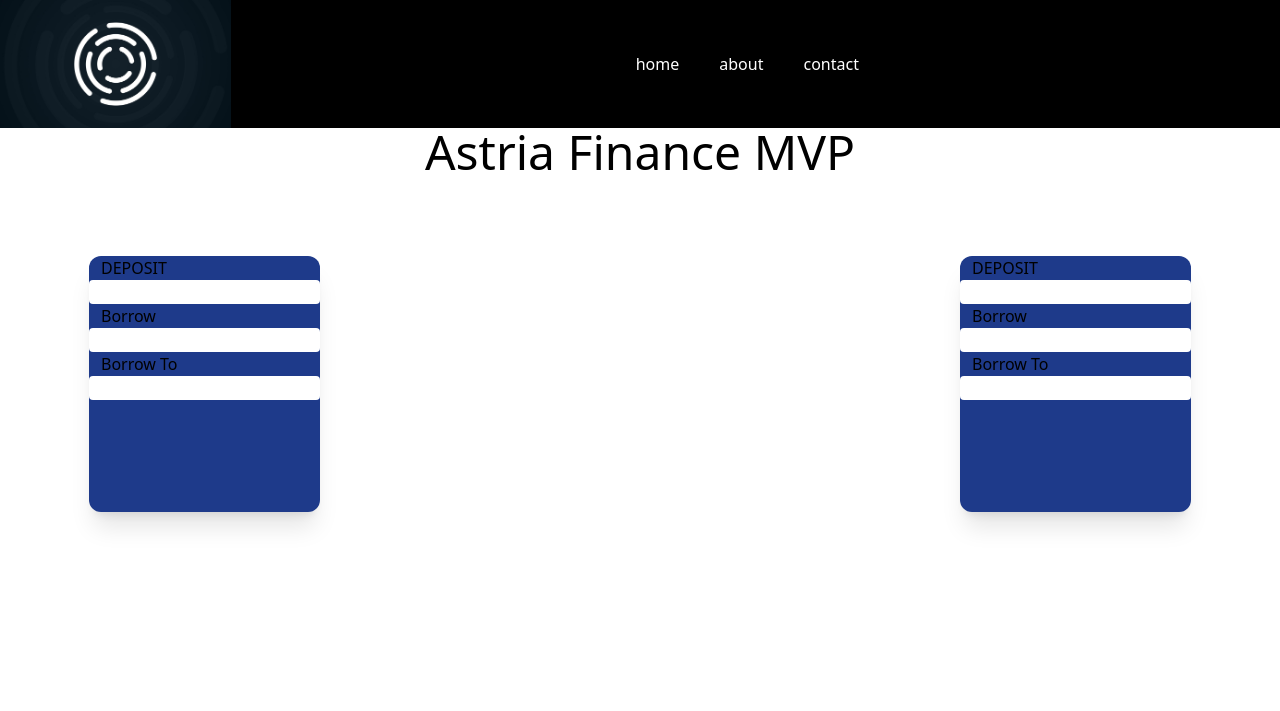
Repository: AstriaFinance/AstriaMvp
Page: /about
The author's editor kept a copy of each file at every save. The page is drawn from the files as they stood at one save, then again after the next save.
The browser window is 1280 px wide. The pictures show the whole page.
The project was rebuilt for these pictures with package versions that can differ from the ones it lists, and the page was loaded fresh each time. Also part of the build but not shown: src/components/About.jsx, src/components/Shop.jsx, src/components/ErrorPage.jsx.

Above is the page before, as saved 2022-06-21 15:51:16.

After the next save:
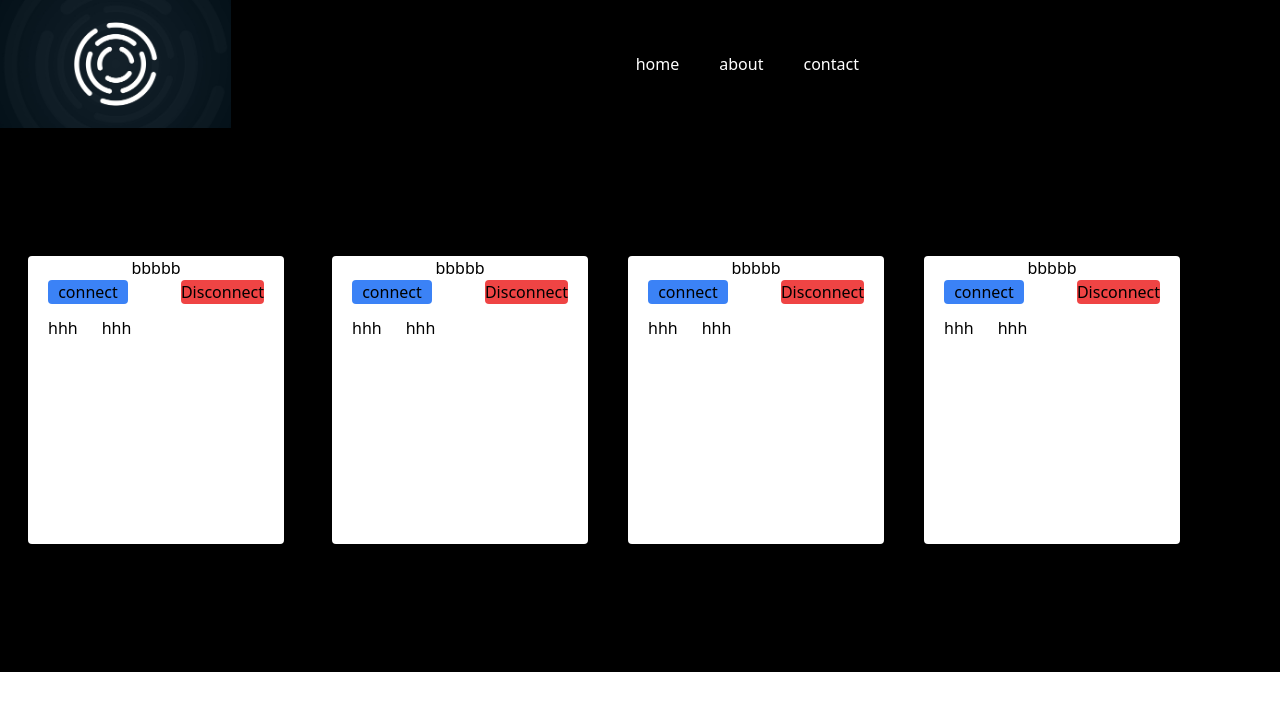
Saved 4 min 32 s later.
--- a/src/components/Home.jsx
+++ b/src/components/Home.jsx
@@ -2,27 +2,62 @@ import React from 'react'
 
 const Home = () => {
   return (
-    <div className=''>
-        <h1 className='text-5xl flex items-center justify-center'>Astria Finance MVP</h1>
-    <div className='flex items-center justify-center'>
-    <div className=' h-64 w-64 rounded-xl mx-80 bg-blue-900 mt-20 shadow-xl'>
-        <div className='mx-3'>DEPOSIT</div>
-        <input type="text" className='rounded hover:bg-purple-900' />
-        <div className='mx-3'>Borrow</div>
-        <input type="text" className='rounded hover:bg-purple-900' />
-        <div className='mx-3'>Borrow To</div>
-        <input type="text" className='rounded hover:bg-purple-900' />
-    </div>
-    <div className=' h-64 w-64 rounded-xl mx-80 bg-blue-900 mt-20 shadow-xl'>
-        <div className='mx-3'>DEPOSIT</div>
-        <input type="text" className='rounded hover:bg-purple-900' />
-        <div className='mx-3'>Borrow</div>
-        <input type="text" className='rounded hover:bg-purple-900' />
-        <div className='mx-3'>Borrow To</div>
-        <input type="text" className='rounded hover:bg-purple-900' />
-    </div>
-    </div>
-    </div>
+<div class="bg-black flex overflow-x-auto  ">
+
+ <div class="bg-white h-72 w-64 rounded my-32 mx-7">
+
+  <div class="container flex justify-center">bbbbb</div>
+  <div class="flex justify-between">
+  <button class="bg-blue-500 rounded mx-5 w-20 ">connect</button>
+   <button class="bg-red-500 rounded mx-5">Disconnect</button>
+  </div>
+   <ul class="mx-5 my-3 flex gap-6">
+     <li>hhh</li>
+     <li>hhh</li>
+   </ul>
+ </div>
+
+ <div class="bg-white h-72 w-64 rounded mx-5 my-32">
+
+  <div class="container flex justify-center">bbbbb</div>
+  <div class="flex justify-between">
+  <button class="bg-blue-500 rounded mx-5 w-20 ">connect</button>
+   <button class="bg-red-500 rounded mx-5">Disconnect</button>
+  </div>
+   <ul class="mx-5 my-3 flex gap-6">
+     <li>hhh</li>
+     <li>hhh</li>
+   </ul>
+ </div>
+ <div class="bg-white h-72 w-64 rounded mx-5 my-32">
+
+  <div class="container flex justify-center">bbbbb</div>
+  <div class="flex justify-between">
+  <button class="bg-blue-500 rounded mx-5 w-20 ">connect</button>
+   <button class="bg-red-500 rounded mx-5">Disconnect</button>
+  </div>
+   <ul class="mx-5 my-3 flex gap-6">
+     <li>hhh</li>
+     <li>hhh</li>
+   </ul>
+ </div>
+
+ <div class="bg-white h-72 w-64 rounded mx-5 my-32">
+
+  <div class="container flex justify-center">bbbbb</div>
+  <div class="flex justify-between">
+  <button class="bg-blue-500 rounded mx-5 w-20 ">connect</button>
+   <button class="bg-red-500 rounded mx-5">Disconnect</button>
+  </div>
+   <ul class="mx-5 my-3 flex gap-6">
+     <li>hhh</li>
+     <li>hhh</li>
+   </ul>
+ </div>
+
+
+
+ </div>
   )
 }
 
